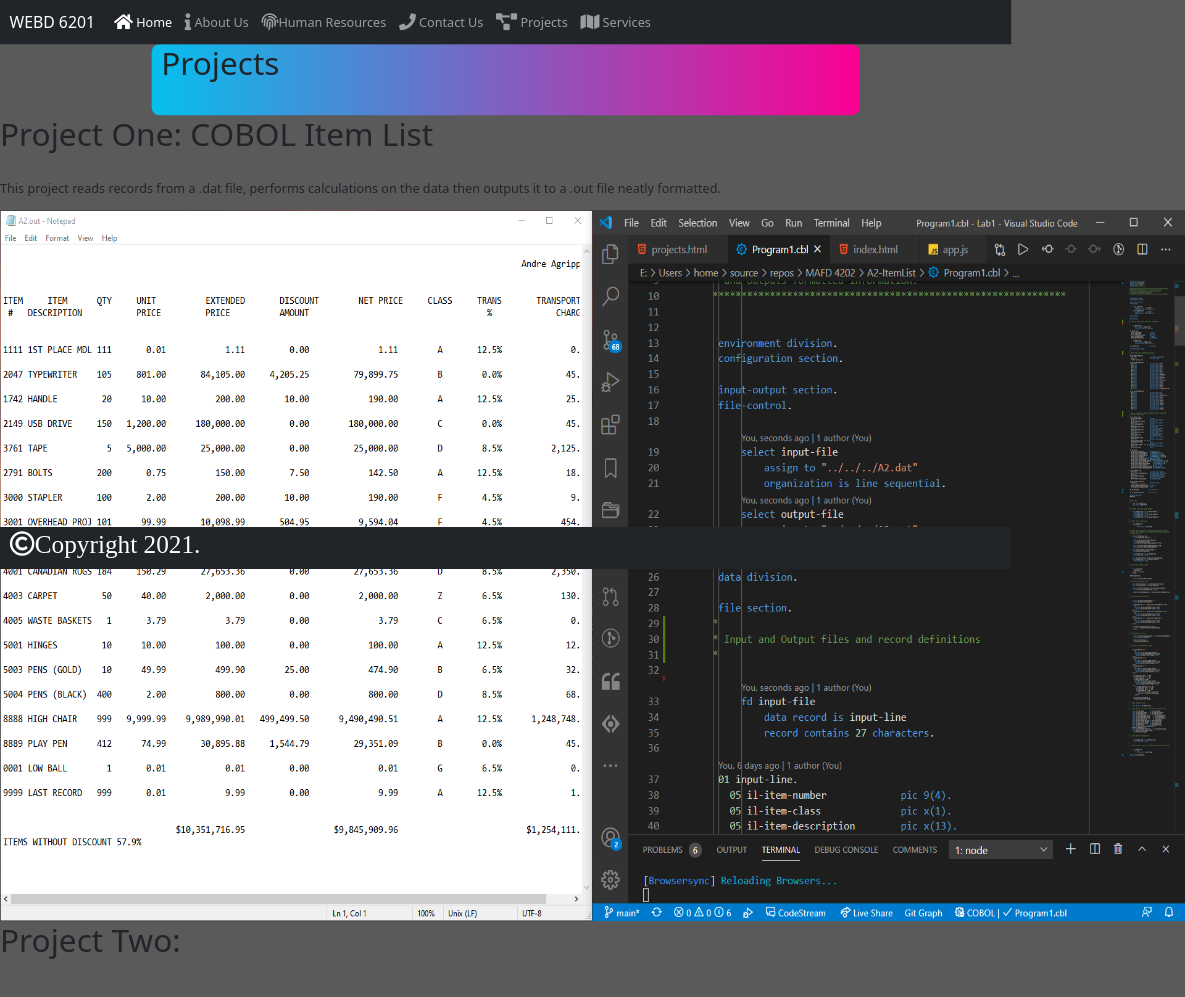
Repository: vans12345678/WEBD6201-W2021-Week3
Page: projects.html
The author's editor kept a copy of each file at every save. The page is drawn from the files as they stood at one save, then again after the next save.
The browser window is 1280 px wide. The page is 1500 px wide, so the pictures cover 1500 px, including what lies to the right of the window. The pictures show the whole page, at 79% of full size.

Above is the page before, as saved 2021-01-29 16:36:10.
Console error: ReferenceError: p2DescriptionElement is not defined

### projects.html
<!DOCTYPE html>
<html lang="en">
<head>
    <meta charset="UTF-8">
    <meta name="viewport" content="width=device-width, initial-scale=1.0">
    <title>Projects</title>

    <!-- CSS Section -->
    <link rel="stylesheet" href="./node_modules/bootstrap/dist/css/bootstrap.min.css">
    <link rel="stylesheet" href="./node_modules/@fortawesome/fontawesome-free/css/all.min.css">
    <link rel="stylesheet" href="./Content/app.css">
</head>
<body>
  <!-- Main Header -->
    <header>
      <!-- Main Navigation -->
        <nav class="navbar navbar-expand-lg navbar-dark bg-dark">
            <div class="container-fluid">
              <a class="navbar-brand" href="index.html">WEBD 6201</a>
              <button class="navbar-toggler" type="button" data-bs-toggle="collapse" data-bs-target="#navbarSupportedContent" aria-controls="navbarSupportedContent" aria-expanded="false" aria-label="Toggle navigation">
                <span class="navbar-toggler-icon"></span>
              </button>
              <div class="collapse navbar-collapse" id="navbarSupportedContent">
                <ul class="navbar-nav me-auto mb-2 mb-lg-0">
                  <li class="nav-item">
                    <a class="nav-link active" aria-current="page" href="index.html"><i class="fas fa-home fa-lg"></i> Home</a>
                  </li>
                  <li class="nav-item">
                    <a class="nav-link" aria-current="page" href="about.html"><i class="fas fa-info fa-lg"></i> About Us</a>
                  </li>
                  <li class="nav-item">
                    <a class="nav-link" aria-current="page" href="human-resources.html"><i class="fas fa-fingerprint fa-lg"></i>Human Resources</a>
                  </li>
                  <li class="nav-item">
                    <a class="nav-link" aria-current="page" href="contact.html"><i class="fas fa-phone fa-lg"></i> Contact Us</a>
                  </li>
                  <li class="nav-item">
                    <a class="nav-link" aria-current="page" href="projects.html"><i class="fas fa-project-diagram fa-lg"></i> Projects</a>
                  </li>
                  <li class="nav-item">
                    <a class="nav-link" aria-current="page" href="services.html"><i class="fas fa-map fa-lg"></i> Services</a>
                  </li>
                </ul>
              </div>
            </div>
          </nav>
    </header>
    <!-- Main Contents -->
    <main>
        <h1 class ="container">Projects</h1>
        <h1 id="p1"></h1>
        </br>
        <p id="p1Description"></p>
        <img src="../images/p1.PNG" alt="" style="width:1500px;height:900px;">
        </br>
        <h1 id="p2"></h1>
        </br>
        <p id="p2Description"></p>

    </main>
    <p></p>
    <!-- Main Footer -->
    <footer>
      <nav class="navbar fixed-bottom navbar-dark bg-dark">
          <div class="container-fluid">
              <h4><i class="far fa-copyright fa-lg site-footer">Copyright 2021.</i></h4>
          </div>
        </nav>
  </footer>
    <!-- Script Section -->
    <script src="./node_modules/jquery/dist/jquery.min.js"></script>
    <script src="./node_modules/bootstrap/dist/js/bootstrap.bundle.min.js"></script>
    <script src="./Scripts/app.js"></script>
</body>
</html>

### Content/app.css
/* custom css goes here */
.Vapor {
    background-image: url('../images/vapor.jpg');
    background-repeat: no-repeat;
    background-attachment: fixed;
    background-size: 100% 100%;
  }
  body
  {
    background-color: rgb(90, 90, 90);
  }
  h1.container{
    border-radius: 10px;
    width: 70%;
    height: 90px;
    margin: 0px auto;
    background: linear-gradient(90deg,#06bfee,#fb0093)
  }
  h1.projects{
    background-color: white;
  }
  .contact-table{
    width: 100%;
    margin:  50px auto;
    background-color: white;
  }
  .contact-form
  {
    width: 100%;
    margin:  100px auto;
  }
  .warnMessage
  {
    width: 90%;
    margin:  50px;
  }
  .site-footer {
    color:white;
  }

### Scripts/app.js
/* Custom JavaScript goes here */

//IIFE - Immediately Invoked Function Expression
//AKA - Anonymous Self-Executing Function
//Closure - limits scope leak

"use strict";


(function(){

    function displayHome()
    {

        let introText = "This is a simple site to demonstrate the specified requirements for Lab 1 WEBD 6201 - Client Side Scripting";
        let introTextElement = document.getElementById("introParagraph");

        introTextElement.textContent = introText;
        introTextElement.className = "fs-5 fw-bold text-center";

        mainContent.innerHTML =
        `<h1 id = "firstHeading">Welcome to WEBD6201 - Lab 1</h1>
        <p id = "paragraphOne" class = "fs-3 fw-bold">This is my first paragraph</p>
        `;

    }
    function displayAbout()
    {

    }
    function displayProjects()
    {
        //Define text and id's
        let p1Text = "Project One: COBOL Item List";
        let p2Text = "Project Two:";
        let p1Description = "This project reads records from a .dat file, performs calculations on the data" +
        " then outputs it to a .out file neatly formatted.";
        let p2Description = "This project reads records from a .dat file, performs calculations on the data" +
        " then outputs it to a .out file neatly formatted.";

        let p1TextElement = document.getElementById("p1");
        let p1DescriptionElement = document.getElementById("p1Description");
        p1TextElement.textContent = p1Text;
        p1DescriptionElement.textContent = p1Description;

        let p2TextElement = document.getElementById("p2");
        p2TextElement.textContent = p2Text;
        p2DescriptionElement.textContent = p2Description

        let p3TextElement = document.getElementById("p3");




        //Assign text content




        //Assign styles
        p1DescriptionElement.className = "fs-5 fw-bold text-left";
        p1TextElement.className = "fs-5 fw-bold text-left";




    }
    function displayServices()
    {

    }
    function displayContact()
    {

        let messageArea = document.getElementById("messageArea");
        messageArea.hidden = true;

        //form validation
        let fullName = document.getElementById("fullName");
        fullName.addEventListener("blur", function()
        {
            if(fullName.value.length < 2)
            {
                fullName.focus();
                fullName.select();
                messageArea.hidden = false;
                messageArea.className = "alert alert-danger warnMessage";
                messageArea.textContent = "Please enter an appropriate name > 2 characters";
            }
            else
            {
                messageArea.removeAttribute("class");
                messageArea.hidden = true;
            }
        });
            let sendButton = document.getElementById("sendButton");
            sendButton.addEventListener("click", function(event)
            {
                //event.preventDefault();
                // //Displays twice?

                let contact = new Contact(fullName.value,contactNumber.value, emailAddress.value);

                //console.log(contact.serialize());
                if(contact.serialize())
                {
                    localStorage.setItem((localStorage.length + 1).toString(),contact.serialize());
                }
            });
    }
    function displayContactList()
    {
        if(localStorage.length > 0)
        {
            let contactList = document.getElementById("contactList");
            let data = "";

            for (let index = 0; index < localStorage.length; index++)
            {
                let contactData = localStorage.getItem((index + 1).toString());
                let contact = new Contact();

                contact.deserialize(contactData);

                data += `<tr>
                <th scope="row">${index + 1}</th>
                <td>${contact.FullName}</td>
                <td>${contact.ContactNumber}</td>
                <td>${contact.EmailAddress}</td>
              </tr>`;
            }
            contactList.innerHTML = data;
        }

    }

    function Start()
    {
        console.log("App Started...");

        switch(document.title)
        {
            case "Index":
                displayHome();
                break;
            case "About":
                displayAbout();
                break;
            case "Projects":
                displayProjects();
                break;
            case "Services":
                displayServices();
                break;
            case "Contact Us":
                displayContact();
                break;
            case "Contact-List":
                displayContactList();
                break;
        }


    }

    window.addEventListener("load", Start);

})();

Loaded but not shown: node_modules/bootstrap/dist/css/bootstrap.min.css (library); node_modules/@fortawesome/fontawesome-free/css/all.min.css (library); node_modules/jquery/dist/jquery.min.js (library); node_modules/bootstrap/dist/js/bootstrap.bundle.min.js (library)

After the next save:
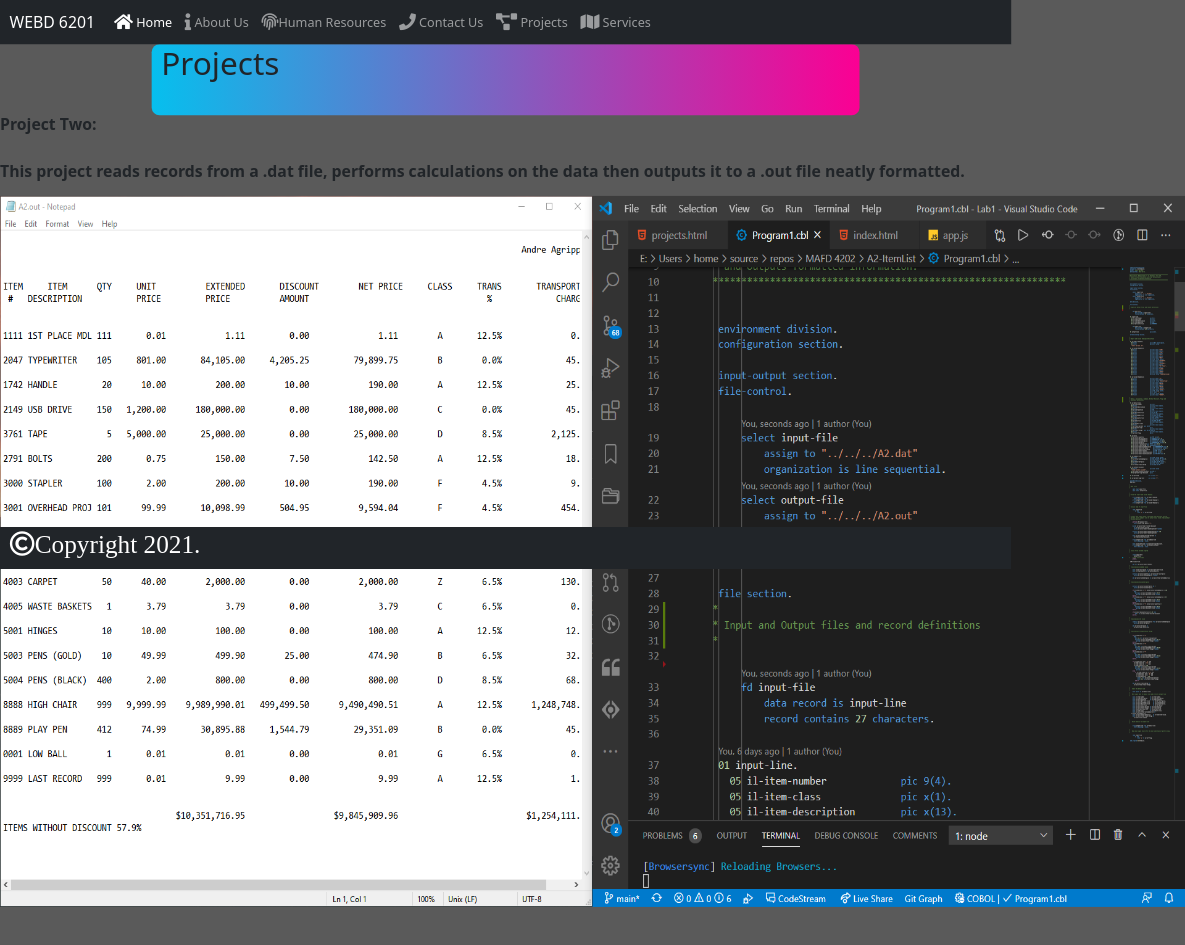
The error is gone.
Saved 36 min 18 s later.
--- a/Scripts/app.js
+++ b/Scripts/app.js
@@ -43,7 +43,8 @@
         p1TextElement.textContent = p1Text;
         p1DescriptionElement.textContent = p1Description;
 
-        let p2TextElement = document.getElementById("p2");
+        let p2TextElement = document.getElementById("p1");
+        let p2DescriptionElement = document.getElementById("p1Description");
         p2TextElement.textContent = p2Text;
         p2DescriptionElement.textContent = p2Description
 
